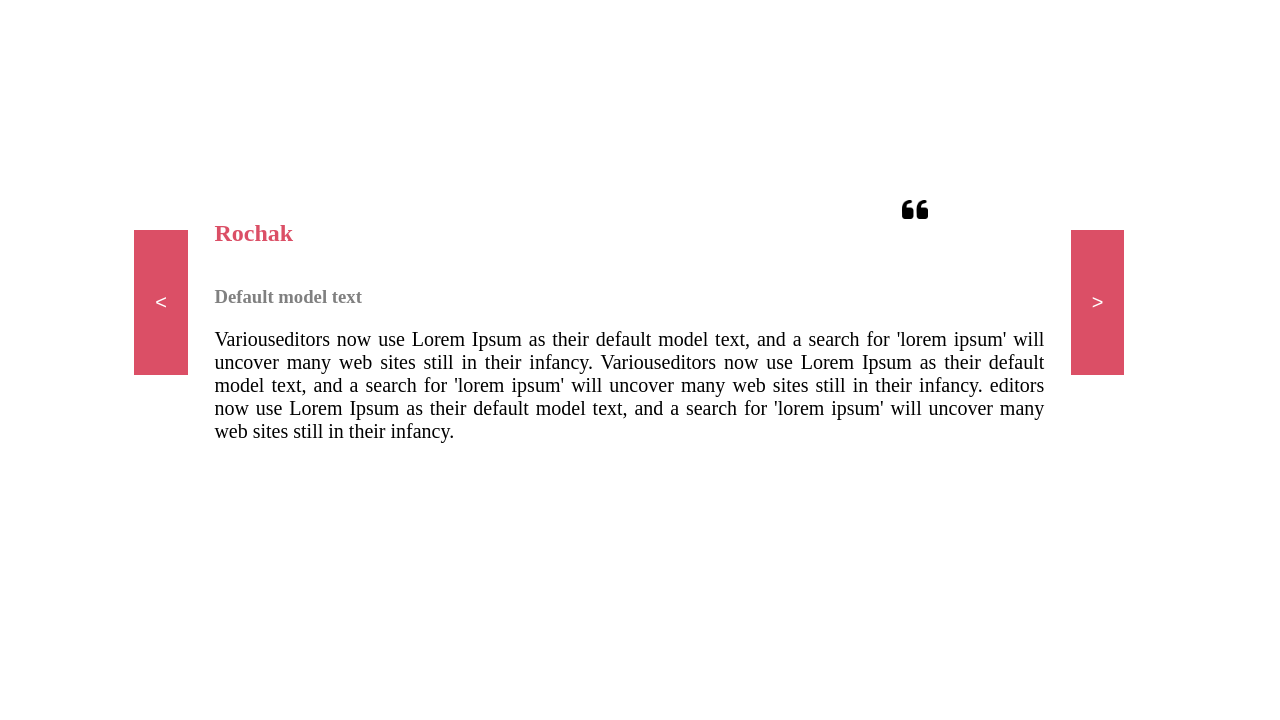
Repository: AVINKUMARP/gifts
Page: demo2.html
An editor plug-in stored every save of this project. The page is shown before and after the next save, followed by the edit.
The browser window is 1280 px wide. The pictures show the whole page.

Above is the page before, as saved 2023-08-24 14:09:01.

### demo2.html
<!DOCTYPE html>
<html lang="en">
<head>
    <meta charset="UTF-8">
    <meta name="viewport" content="width=device-width, initial-scale=1.0">
    <title>Document</title>
    <style>
        .container{
            display: flex;
            flex-wrap: wrap;
            text-align: center;
            margin: 200px 100px;
        }
        .cbutl{
            width: 10%;
        }
        .cpara{
            width: 78%;
        }
        .cbutr{
            width: 10%;
        }
        .csub{
            display: flex;
            flex-wrap: wrap;
            justify-content: space-between;
        }
        .cbutl button{
            background-color: #db4f66;
            color: white;
            border:1px solid #db4f66;
            padding: 60px 20px;
            font-size: 20px;
        }
        .cbutl{
            padding-top: 30px;
        }
        .csub h2{
            text-align: start;

        }
        .ch h2{
            color:#db4f66;
        }
        .cpara h3{
            color:gray;
        }
        .cpara h3{
            text-align: start;
        }
        .cpara p{
            text-align: justify;
            font-size: 20px;
        }
    </style>
</head>
<body>
    <div class="container">
        <div class="cbutl"><button><</button></div>
        <div class="cpara">
            <div class="csub">
                <div class="ch"><h2>Rochak</h2>
                </div>
                <div class="cicon"><img src="./images/icon.png" alt="loading..." width="10%"></div>
            </div>
            <h3>Default model text</h3>
            <p>Variouseditors now use Lorem Ipsum as their default model text, and a search for 'lorem ipsum' will uncover many web sites still in their infancy. Variouseditors now use Lorem Ipsum as their default model text, and a search for 'lorem ipsum' will uncover many web sites still in their infancy. editors now use Lorem Ipsum as their default model text, and a search for 'lorem ipsum' will uncover many web sites still in their infancy.</p>
        </div>
        <div class="cbutl"><button>></button></div>
    </div>
</body>
</html>

After the next save:
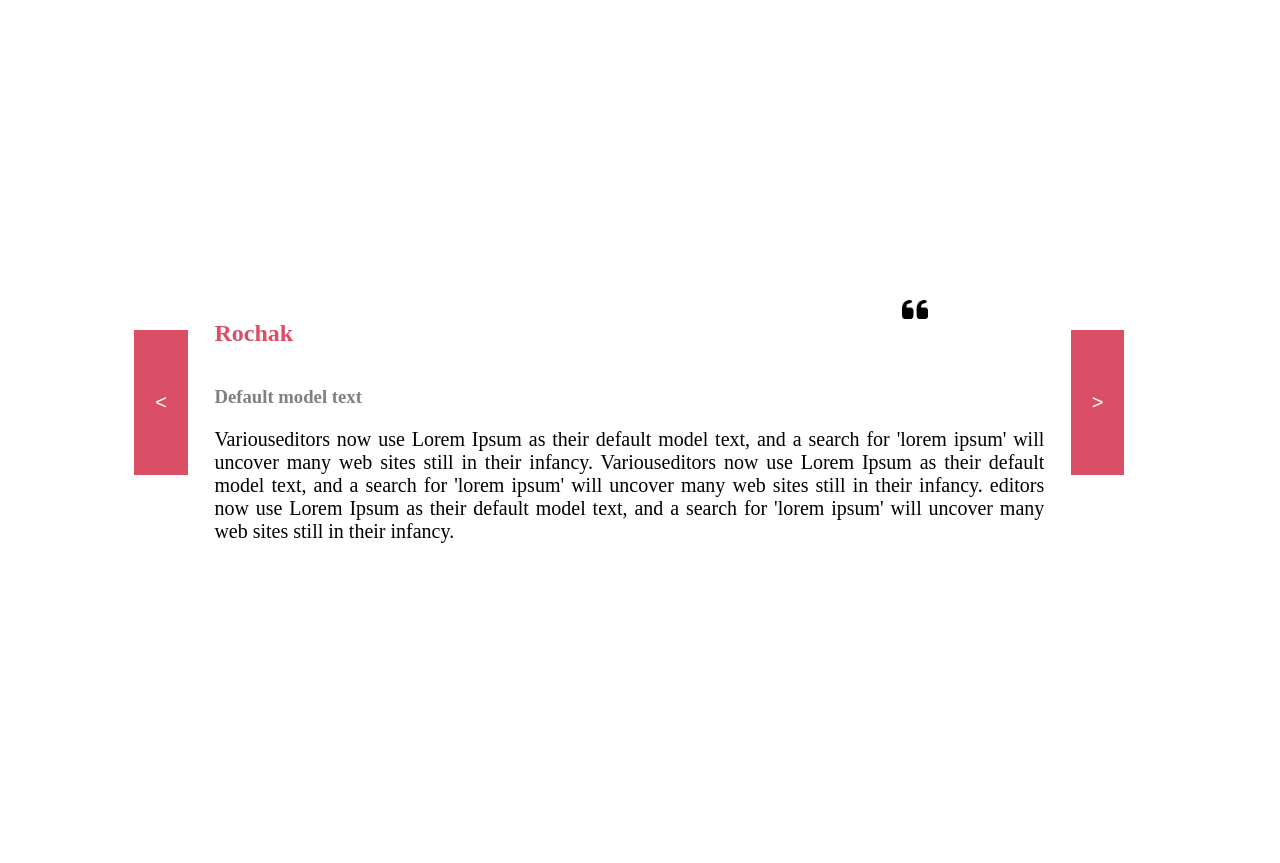
Saved 9 s later.
--- a/demo2.html
+++ b/demo2.html
@@ -9,7 +9,7 @@
             display: flex;
             flex-wrap: wrap;
             text-align: center;
-            margin: 200px 100px;
+            margin: 300px 100px;
         }
         .cbutl{
             width: 10%;
